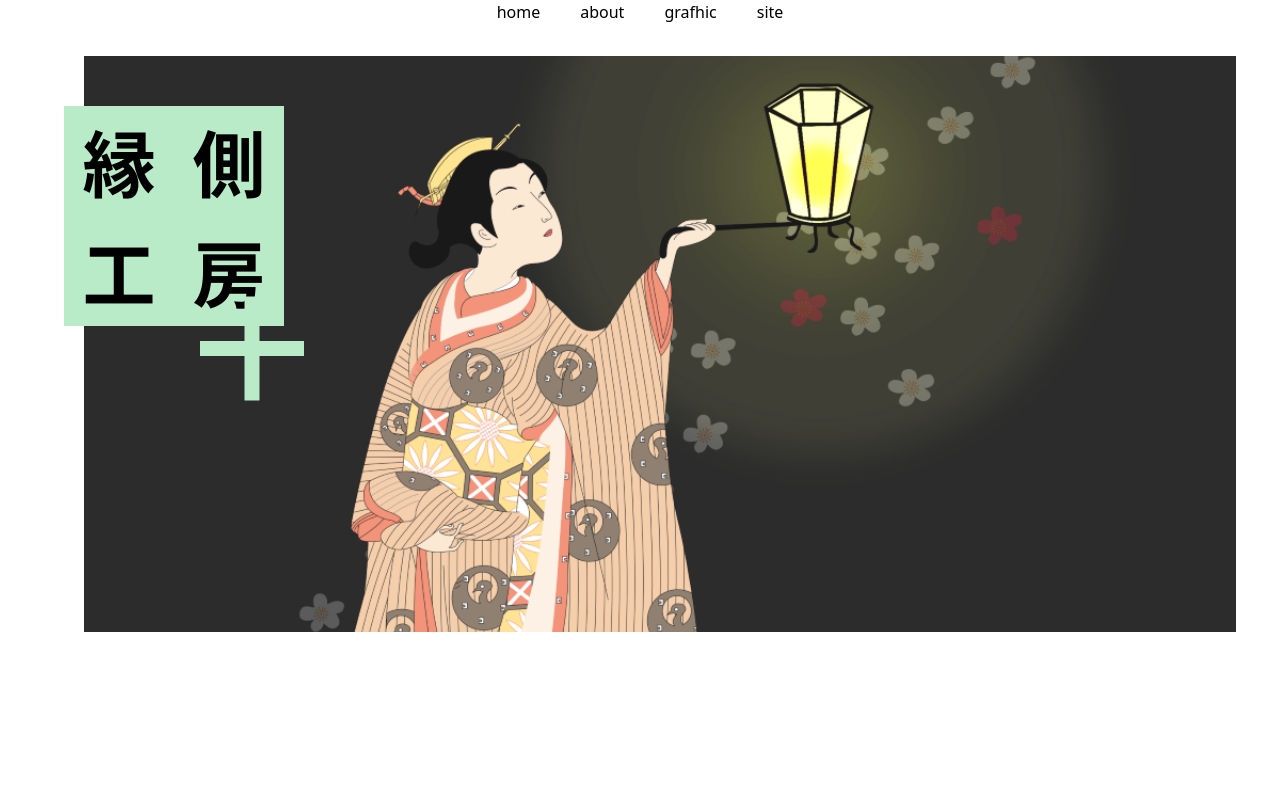
Repository: satoshi-create/next-express
Page: / (app in frontend/)
These files come from the project's save history. The page is drawn as it stood at one moment and after a run of saves; the edit follows.
The browser window is 1280 px wide. The pictures show the whole page.
The project was rebuilt for these pictures with package versions that can differ from the ones it lists, and the page was loaded fresh each time. The framework's server and built-in components were replaced by stand-ins that run in the browser. Also part of the build but not shown: frontend/next.config.js, frontend/next.config.mjs.

Above is the page before, as saved 2024-02-16 11:48:53.

After the next 2 saves:
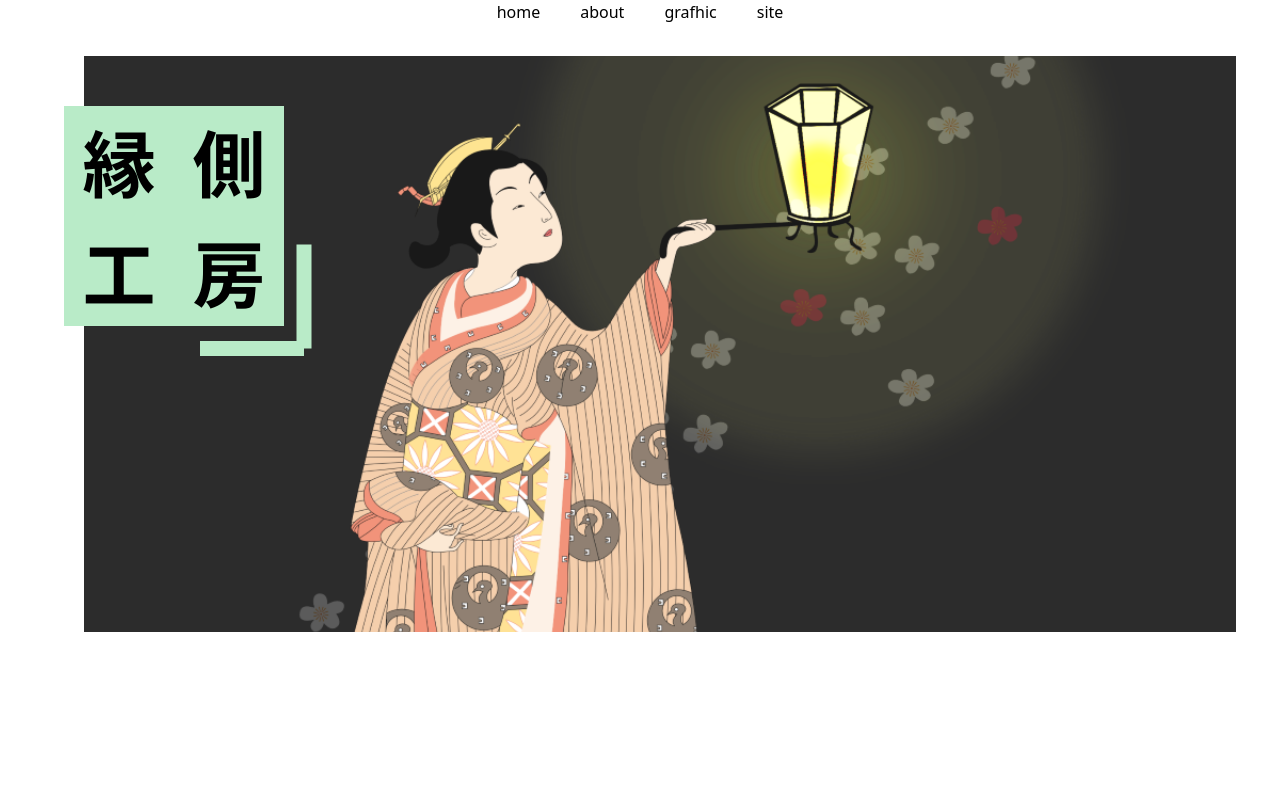
The 2 saves are shown as one change because they came seconds apart.
The last was saved 6 s later.
--- a/frontend/app/ui/hero.tsx
+++ b/frontend/app/ui/hero.tsx
@@ -27,7 +27,7 @@
           <h1>工</h1>
           <h1>房</h1>
           <div className="w-herobar h-herobar bg-primary-green-02 absolute bottom-[-30px] right-[-20px]"></div>
-          <div className="w-herobar h-herobar bg-primary-green-02 absolute bottom-[-30px] right-[-20px] rotate-90"></div>
+          <div className="w-herobar h-herobar bg-primary-green-02 absolute bottom-[-30px] right-[-20px] rotate-90 origin-right"></div>
         </div>
       </div>
     </section>
